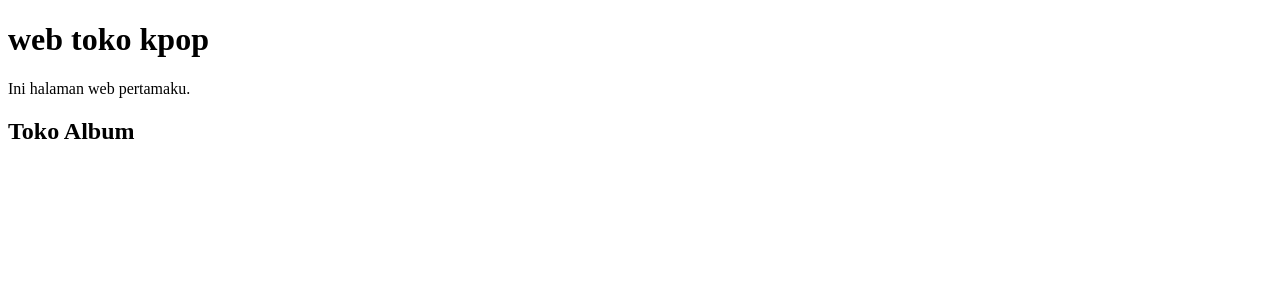
Repository: sekartazivi/241552010020-Web-Application-Development
Page: test.html
An editor plug-in stored every save of this project. The page is shown before and after a run of saves, followed by the edit.
The browser window is 1280 px wide. The pictures show the whole page.

Above is the page before, as saved 2026-02-20 08:16:56.

After the next 5 saves:
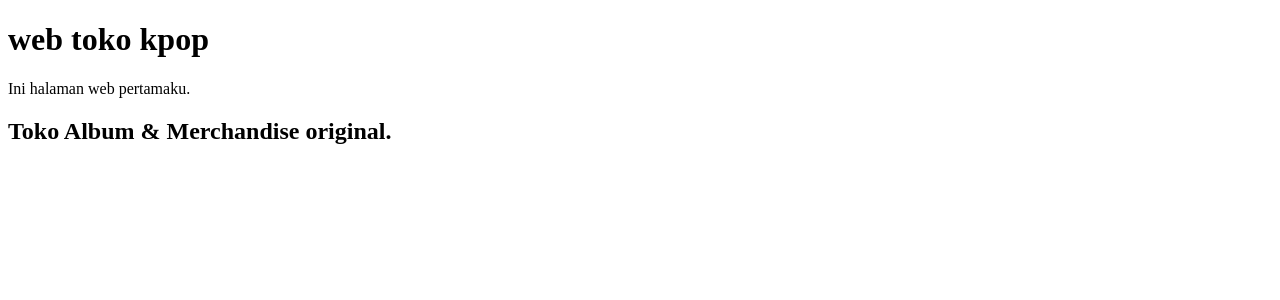
The 5 saves are shown as one change because they came seconds apart.
The last was saved 16 s later.
--- a/test.html
+++ b/test.html
@@ -8,6 +8,6 @@
 <body>
     <h1>web toko kpop</h1>
     <p>Ini halaman web pertamaku.</p>
-    <h2>Toko Album </h2>
+    <h2>Toko Album & Merchandise original.</h2>
 </body>
 </html>
